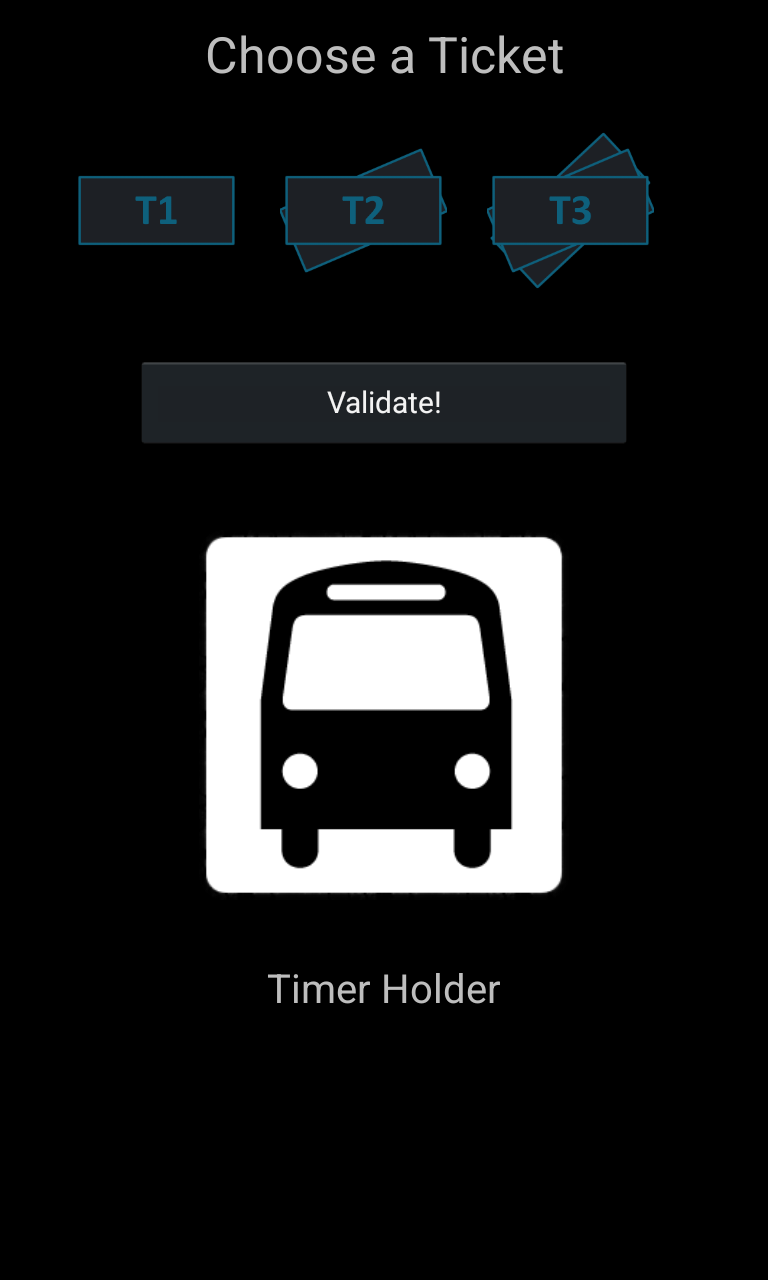
Repository: Nelspike/BusTicketer
Layout: PassengerMode/res/layout/fragment_show_tickets.xml
The author's editor kept a copy of each file at every save. The layout is drawn from the files as they stood at one save, then again after the next save.
It is drawn on a 768 x 1280 px phone screen (xhdpi) without system bars, with theme AppTheme; the app's code is not run.

Above is the layout before, as saved 2013-10-19 21:11:38.

After the next save:
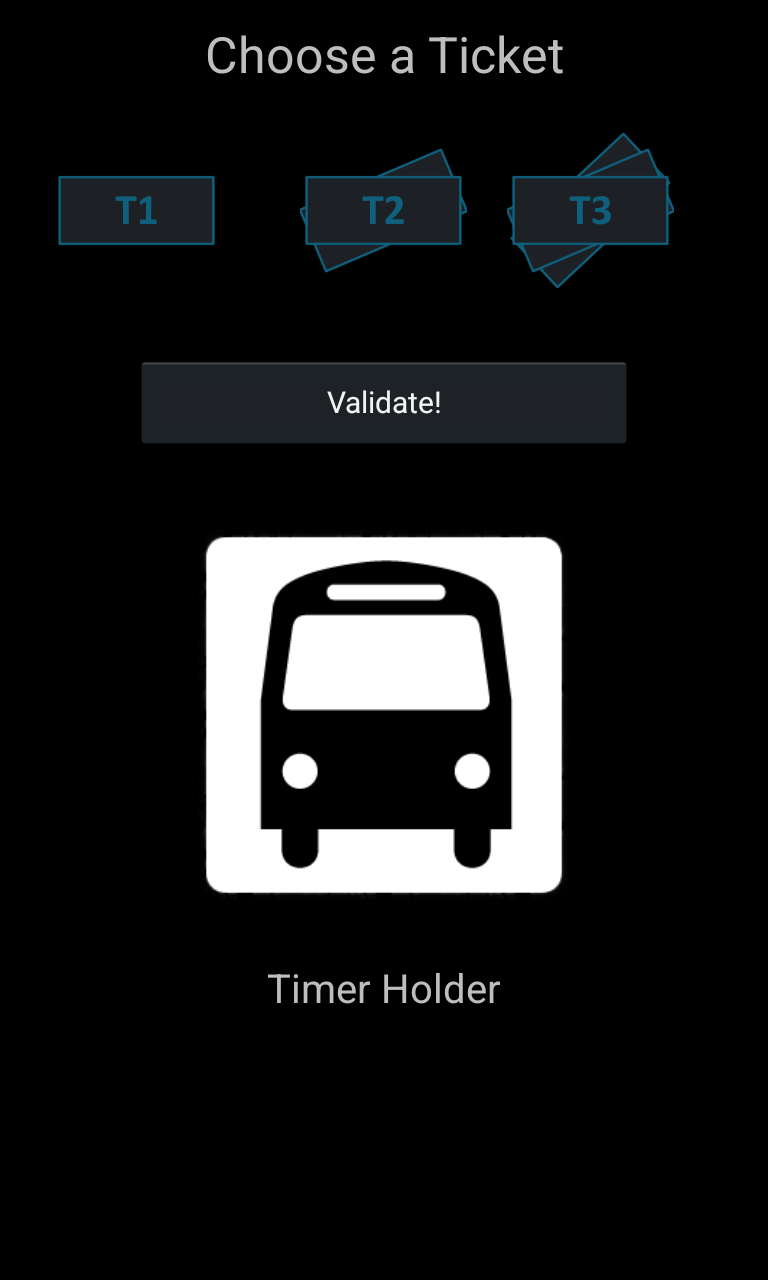
Saved 13 s later.
--- a/PassengerMode/res/layout/fragment_show_tickets.xml
+++ b/PassengerMode/res/layout/fragment_show_tickets.xml
@@ -31,6 +31,7 @@
 			    android:button="@drawable/t1_selector"
 				android:layout_width="wrap_content"
 				android:layout_height="wrap_content"
+				android:paddingLeft="20dp"
 				android:paddingRight="20dp"/>
 
 			<RadioButton

After the save that followed:
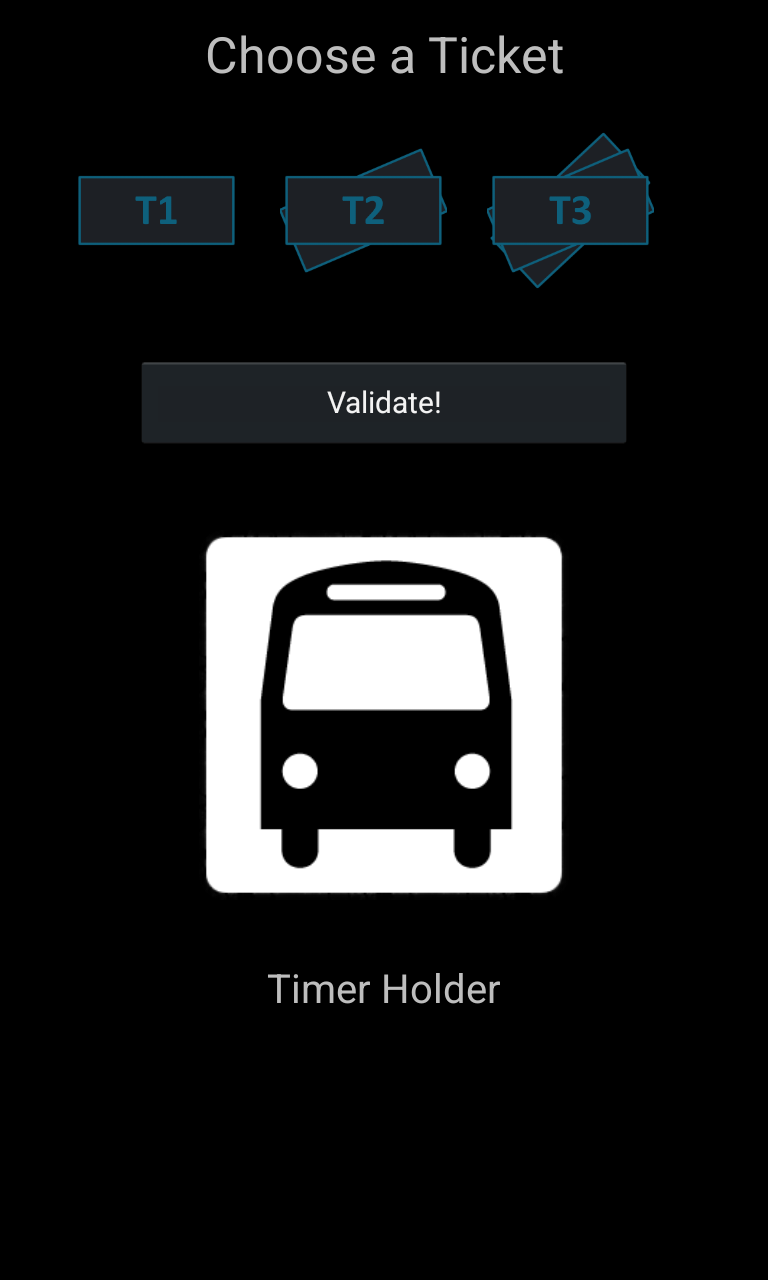
Saved 6 s later.
--- a/PassengerMode/res/layout/fragment_show_tickets.xml
+++ b/PassengerMode/res/layout/fragment_show_tickets.xml
@@ -31,7 +31,6 @@
 			    android:button="@drawable/t1_selector"
 				android:layout_width="wrap_content"
 				android:layout_height="wrap_content"
-				android:paddingLeft="20dp"
 				android:paddingRight="20dp"/>
 
 			<RadioButton
